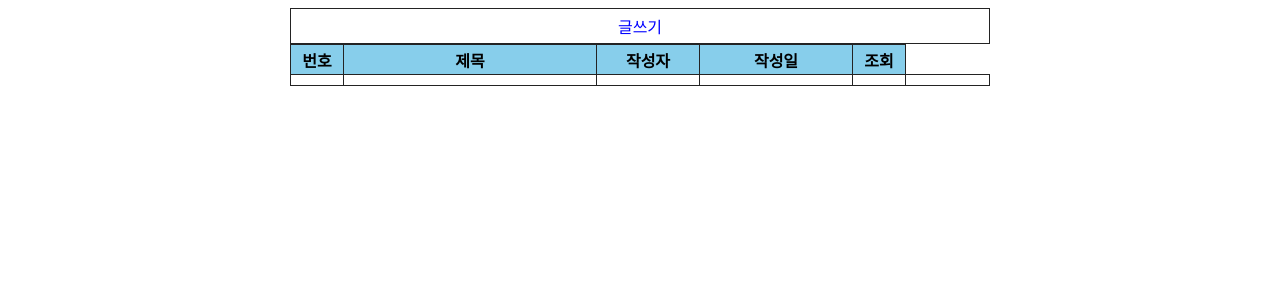
Repository: uj06134/Metabuild_JSP
Page: http://localhost/99_Board2/list.jsp
These files come from the project's save history. The page is drawn as it stood at one moment and after the next save; the edit follows.
The browser window is 1280 px wide. The pictures show the whole page.
The page is served by Tomcat 9.

Above is the page before, as saved 2025-09-16 08:52:52.

After the next save:
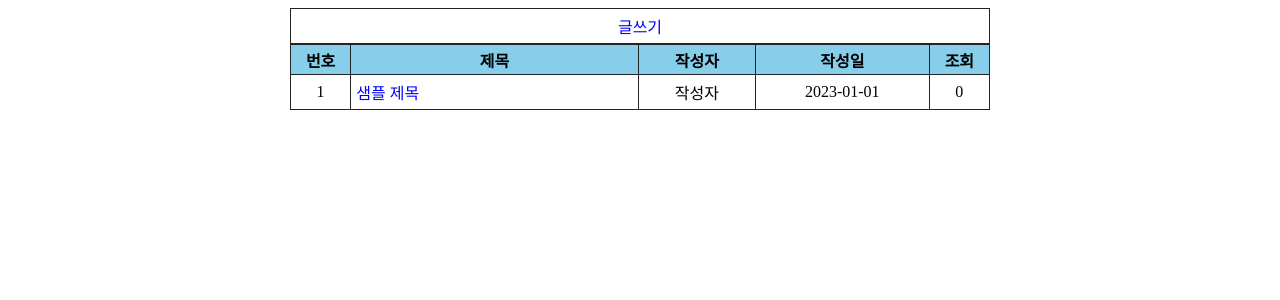
Saved 4 min 27 s later.
--- a/99_Board2/src/main/webapp/list.jsp
+++ b/99_Board2/src/main/webapp/list.jsp
@@ -28,7 +28,7 @@
 
 <table>
     <tr>
-        <td colspan="6" align="left">
+        <td colspan="5" align="left">
             <a href="#">글쓰기</a>
         </td>
     </tr>
@@ -43,11 +43,10 @@
         <th width="50">조회</th>
     </tr>
     <tr>
-        <td></td>
-        <td></td>
-        <td></td>
-        <td></td>
-        <td></td>
-        <td></td>
+        <td>1</td>
+        <td class="subject"><a href="#">샘플 제목</a></td>
+        <td>작성자</td>
+        <td>2023-01-01</td>
+        <td>0</td>
     </tr>
 </table>
